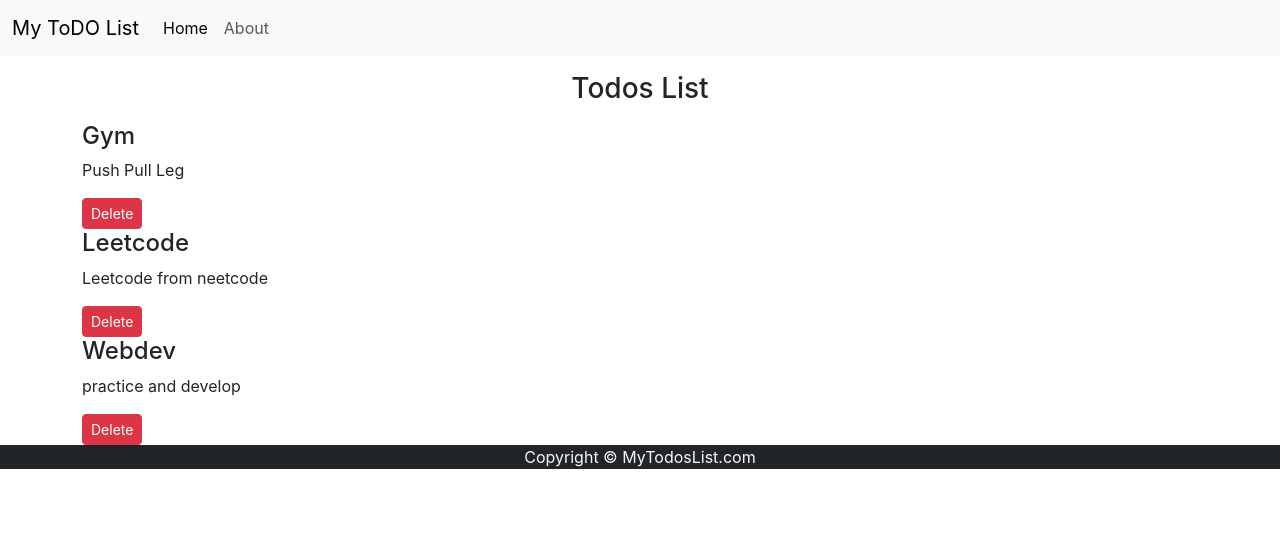
Repository: AshwinUgale/ToDoList
Page: /
These files come from the project's save history. The page is drawn as it stood at one moment and after the next save; the edit follows.
The browser window is 1280 px wide. The pictures show the whole page.
The project was rebuilt for these pictures with package versions that can differ from the ones it lists, and the page was loaded fresh each time. Also part of the build but not shown: src/App.css.

Above is the page before, as saved 2024-12-21 16:50:33.

After the next save:
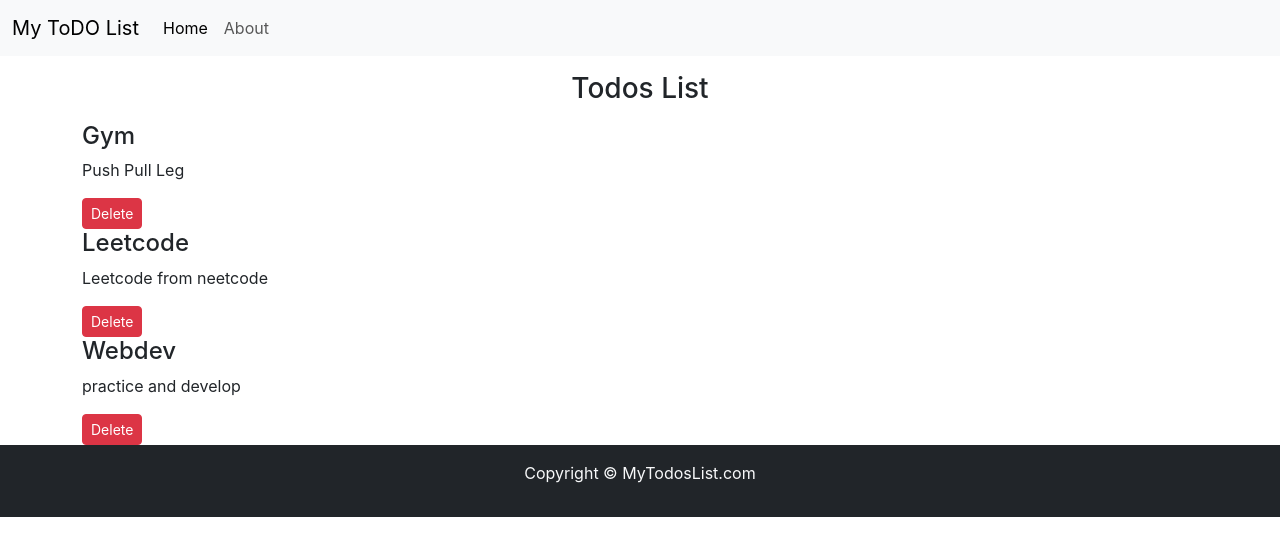
Saved 16 s later.
--- a/src/MyComponents/Footer.js
+++ b/src/MyComponents/Footer.js
@@ -2,7 +2,7 @@ import React from 'react'
 
 export const Footer = () => {
   return (
-    <div className='bg-dark text-light'>
+    <div className='bg-dark text-light py-3'>
         <p className='text-center'>
           Copyright &copy; MyTodosList.com
         </p>
